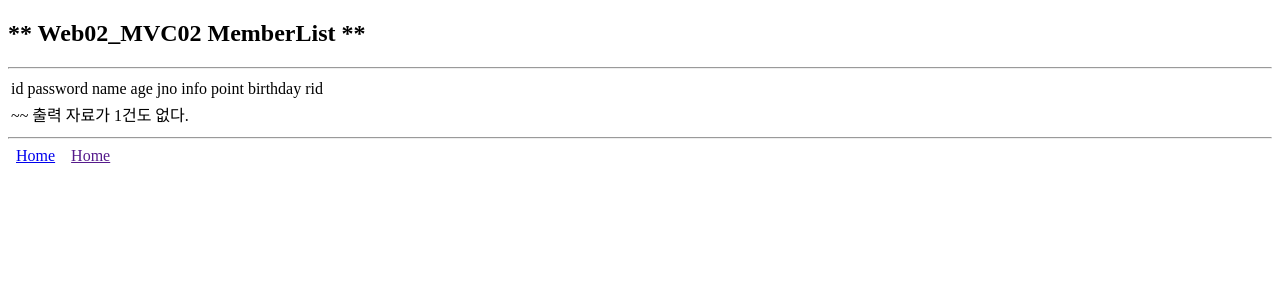
Repository: JYH94/JAVA
Page: http://localhost/web02/member/memberList.jsp
These files come from the project's save history. The page is drawn as it stood at one moment and after the next save; the edit follows.
The browser window is 1280 px wide. The pictures show the whole page.
The page is served by Tomcat 9. The template is opened directly, without the code that normally fills it, so the values that code supplies are empty.

Above is the page before, as saved 2024-01-18 08:45:37.

After the next save:
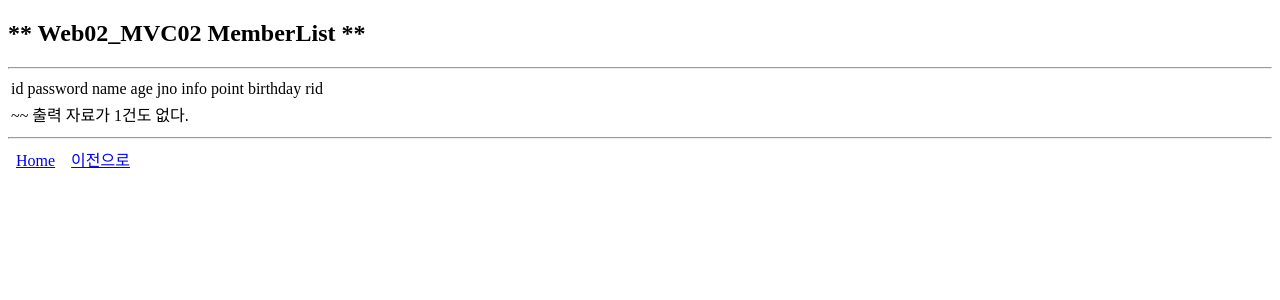
Saved 31 s later.
--- a/web02/src/main/webapp/member/memberList.jsp
+++ b/web02/src/main/webapp/member/memberList.jsp
@@ -46,7 +46,7 @@
 <hr>
 
 &nbsp; <a href="/web02/home.jsp">Home</a>&nbsp;
-&nbsp; <a href="">Home</a>&nbsp;
+&nbsp; <a href="/web02/member/memberList.jsp">이전으로</a>&nbsp;
 
 
 <% request.getAttribute("banana"); %>
